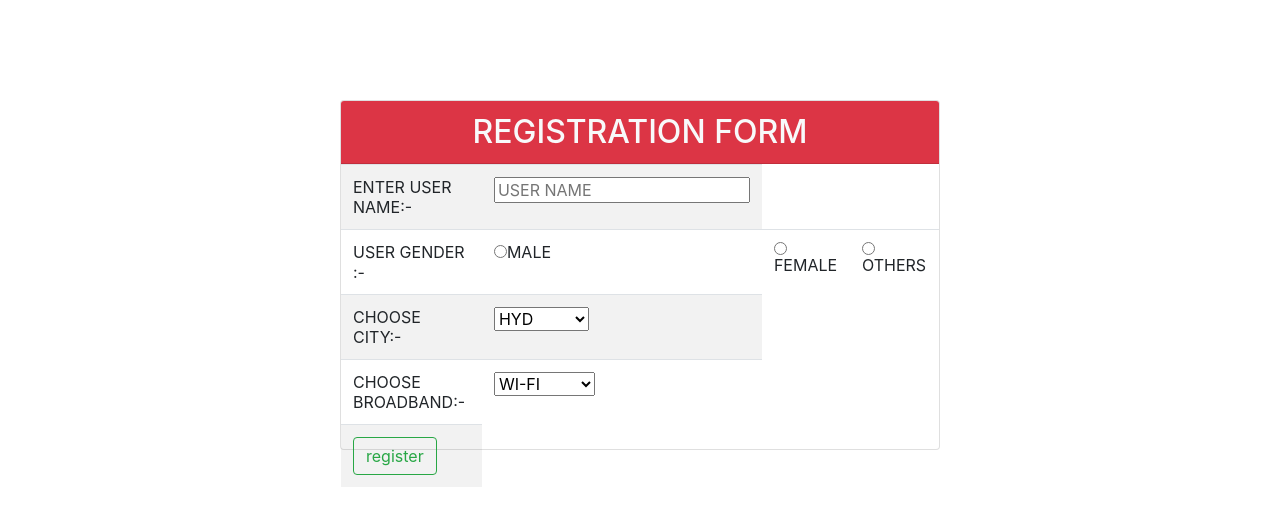
Repository: REDDI-BHARGAV/project
Page: http://localhost/PROJECT/
An editor plug-in stored every save of this project. The page is shown before and after the next save, followed by the edit.
The browser window is 1280 px wide. The pictures show the whole page.
The page is served by Tomcat 9.

Above is the page before, as saved 2022-07-26 11:43:04.

After the next save:
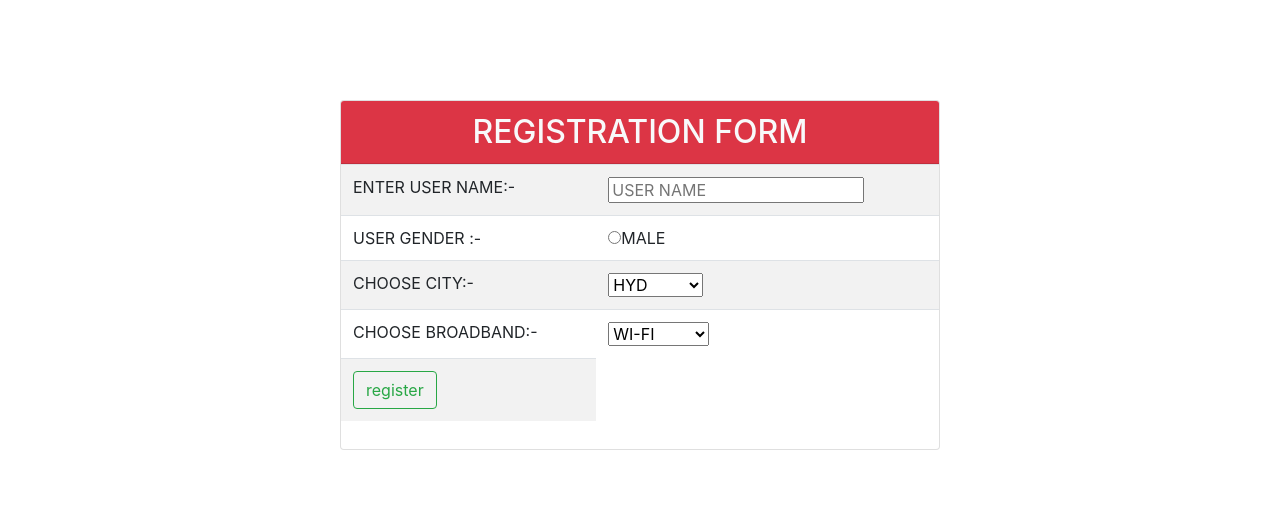
Saved 39 s later.
--- a/PROJECT/src/main/webapp/index.jsp
+++ b/PROJECT/src/main/webapp/index.jsp
@@ -30,8 +30,8 @@
 				<tr>
 					<td>USER GENDER :-</td>
 					<td><input type="radio" name="gender" value="MALE">MALE</td>
-					<td><input type="radio" name="gender" value="FEMALE">FEMALE</td>
-					<td><input type="radio" name="gender" value="OTHERS">OTHERS</td>
+
+
 				</tr>
 				<tr>
 					<td>CHOOSE CITY:-</td>
